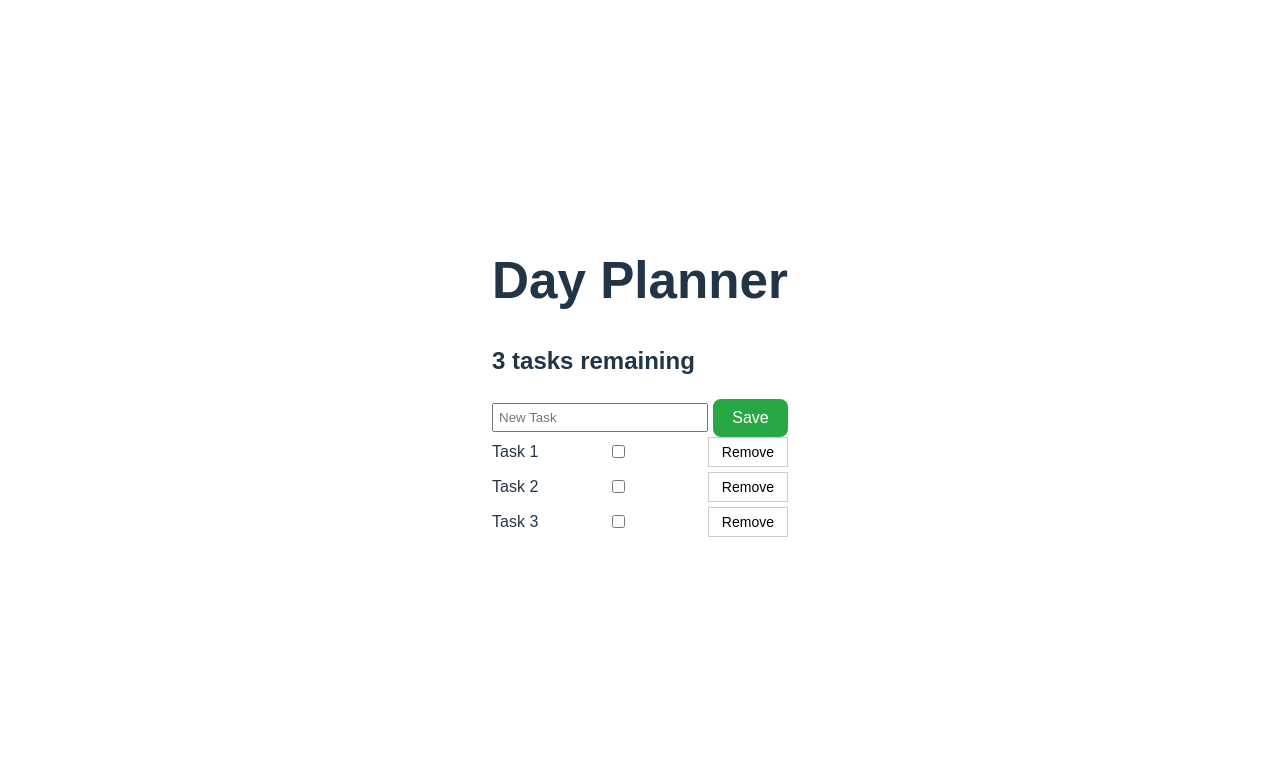
Repository: GavinPahal/lab5
Page: /
An editor plug-in stored every save of this project. The page is shown before and after the next save, followed by the edit.
The browser window is 1280 px wide. The pictures show the whole page.
The project was rebuilt for these pictures with package versions that can differ from the ones it lists, and the page was loaded fresh each time. Also part of the build but not shown: vite.config.js.

Above is the page before, as saved 2024-10-11 18:02:25.

After the next save:
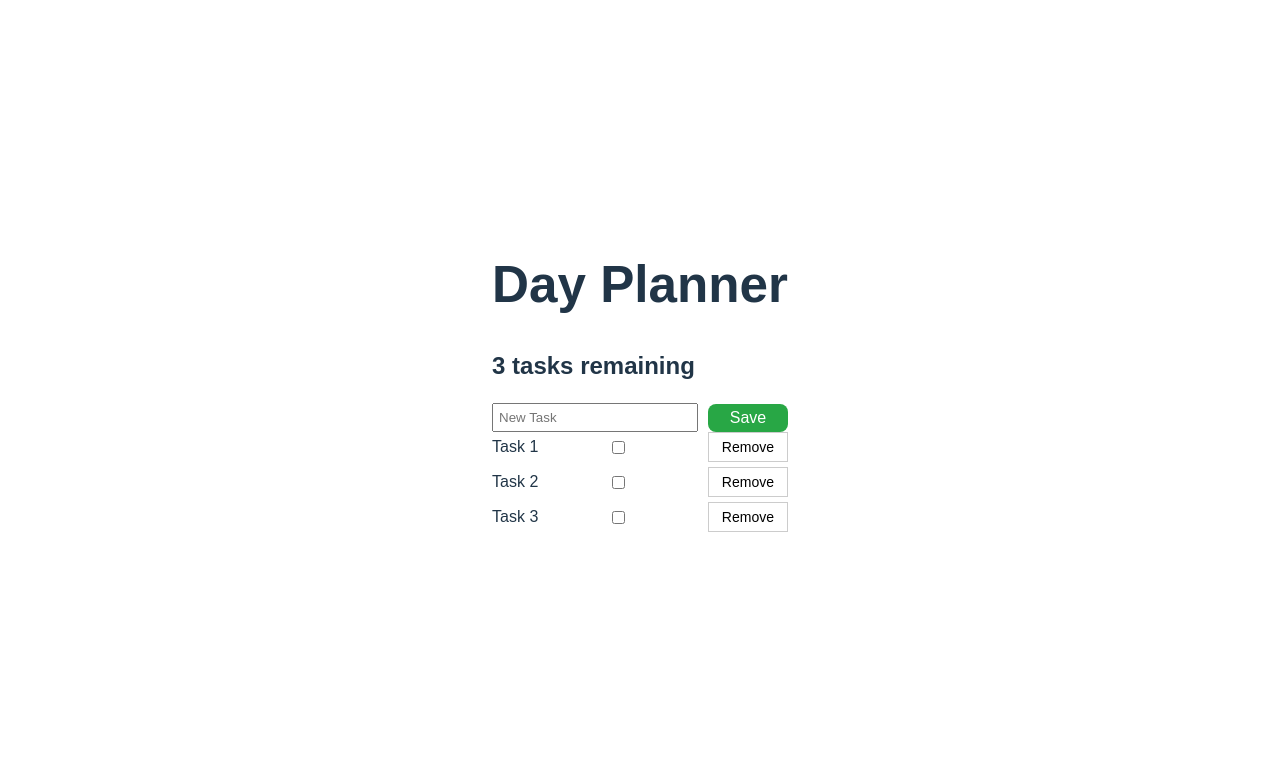
Saved 81 s later.
--- a/components/TaskForm.jsx
+++ b/components/TaskForm.jsx
@@ -13,15 +13,21 @@ function TaskForm({ addTask }) {
   };
 
   return (
-    <form onSubmit={handleSubmit} style={{ display: 'flex', alignItems: 'center' }}>
+    <form onSubmit={handleSubmit} style={{ display: 'flex', alignItems: 'center', width: '100%' }}>
       <input
         type="text"
         placeholder="New Task"
         value={taskName}
         onChange={(e) => setTaskName(e.target.value)}
-        style={{ flex: 1, marginRight: '5px' }} // Flex to take remaining space
+        style={{
+          flex: 1, // Take remaining space
+          marginRight: '10px', // Space between input and button
+          padding: '5px', // Padding for the input
+        }}
       />
-      <button type="submit" className="save">Save</button>
+      <button type="submit" className="save" style={{ width: '80px', padding: '5px' }}>
+        Save
+      </button>
     </form>
   );
 }
